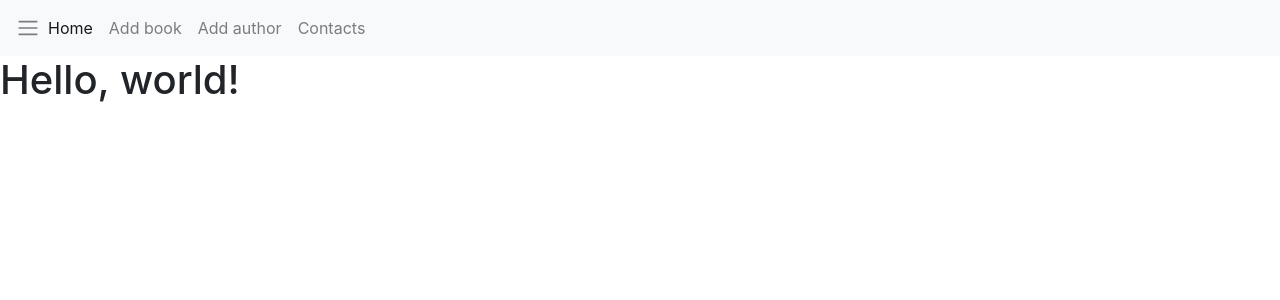
Repository: Aleksus81/Task1
Page: http://localhost/
The author's editor kept a record of every edit. The page is drawn from the files as they stood at one moment, then again after the next edit.
The browser window is 1280 px wide. The pictures show the whole page.
The page is run by PHP 8.4 with error messages shown; the project is at /var/www/html/.

Above is the page before.

### index.php
<!DOCTYPE HTML>
<html>
 <head>
  <title>Task1</title>
  <meta charset="utf-8">
  <link rel="stylesheet" href="https://stackpath.bootstrapcdn.com/bootstrap/4.3.1/css/bootstrap.min.css" integrity="sha384-ggOyR0iXCbMQv3Xipma34MD+dH/1fQ784/j6cY/iJTQUOhcWr7x9JvoRxT2MZw1T" crossorigin="anonymous">

 </head>
 <body>

  <nav class="navbar navbar-expand-lg navbar-light bg-light">
    <span class="navbar-toggler-icon"></span>
  </button>
  <div class="collapse navbar-collapse" id="navbarNavAltMarkup">
    <div class="navbar-nav">
      <a class="nav-item nav-link active" href="https://drive.google.com/open?id=1oqOYs9y3zEdaOk6eTss3ztXQvVp_k07R">Home</a>
      <a class="nav-item nav-link" href="#">Add book</a>
      <a class="nav-item nav-link" href="#">Add author</a>
      <a class="nav-item nav-link" href="#">Contacts</a>
    </div>
  </div>
</nav>
<script src="https://code.jquery.com/jquery-3.3.1.slim.min.js" integrity="sha384-q8i/X+965DzO0rT7abK41JStQIAqVgRVzpbzo5smXKp4YfRvH+8abtTE1Pi6jizo" crossorigin="anonymous"></script>
<script src="https://cdnjs.cloudflare.com/ajax/libs/popper.js/1.14.7/umd/popper.min.js" integrity="sha384-UO2eT0CpHqdSJQ6hJty5KVphtPhzWj9WO1clHTMGa3JDZwrnQq4sF86dIHNDz0W1" crossorigin="anonymous"></script>
<script src="https://stackpath.bootstrapcdn.com/bootstrap/4.3.1/js/bootstrap.min.js" integrity="sha384-JjSmVgyd0p3pXB1rRibZUAYoIIy6OrQ6VrjIEaFf/nJGzIxFDsf4x0xIM+B07jRM" crossorigin="anonymous"></script>
 </body>
</html>
<!doctype html>
<html lang="en">
  <head>
    <!-- Required meta tags -->
    <meta charset="utf-8">
    <meta name="viewport" content="width=device-width, initial-scale=1, shrink-to-fit=no">

    <!-- Bootstrap CSS -->
    <link rel="stylesheet" href="https://stackpath.bootstrapcdn.com/bootstrap/4.3.1/css/bootstrap.min.css" integrity="sha384-ggOyR0iXCbMQv3Xipma34MD+dH/1fQ784/j6cY/iJTQUOhcWr7x9JvoRxT2MZw1T" crossorigin="anonymous">

    <title>Hello, world!</title>
  </head>
  <body>
    <h1>Hello, world!</h1>

    <!-- Optional JavaScript -->
    <!-- jQuery first, then Popper.js, then Bootstrap JS -->
    <script src="https://code.jquery.com/jquery-3.3.1.slim.min.js" integrity="sha384-q8i/X+965DzO0rT7abK41JStQIAqVgRVzpbzo5smXKp4YfRvH+8abtTE1Pi6jizo" crossorigin="anonymous"></script>
    <script src="https://cdnjs.cloudflare.com/ajax/libs/popper.js/1.14.7/umd/popper.min.js" integrity="sha384-UO2eT0CpHqdSJQ6hJty5KVphtPhzWj9WO1clHTMGa3JDZwrnQq4sF86dIHNDz0W1" crossorigin="anonymous"></script>
    <script src="https://stackpath.bootstrapcdn.com/bootstrap/4.3.1/js/bootstrap.min.js" integrity="sha384-JjSmVgyd0p3pXB1rRibZUAYoIIy6OrQ6VrjIEaFf/nJGzIxFDsf4x0xIM+B07jRM" crossorigin="anonymous"></script>
  </body>
</html>

After the next edit:
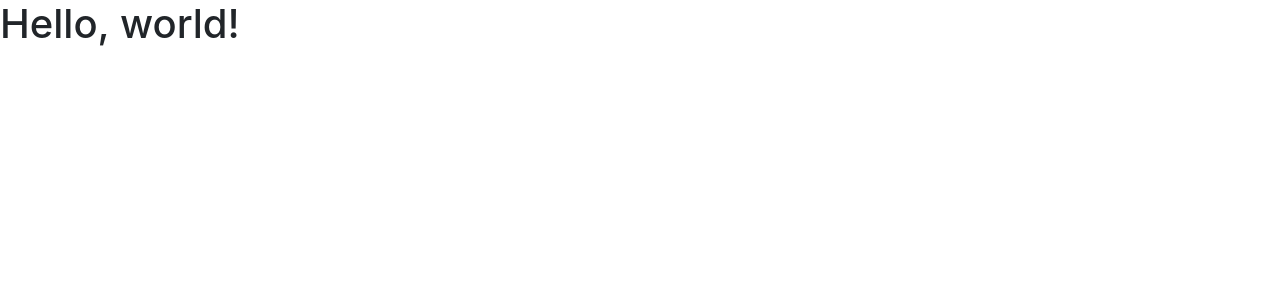
The edit:
--- a/index.php
+++ b/index.php
@@ -8,18 +8,7 @@
  </head>
  <body>
 
-  <nav class="navbar navbar-expand-lg navbar-light bg-light">
-    <span class="navbar-toggler-icon"></span>
-  </button>
-  <div class="collapse navbar-collapse" id="navbarNavAltMarkup">
-    <div class="navbar-nav">
-      <a class="nav-item nav-link active" href="https://drive.google.com/open?id=1oqOYs9y3zEdaOk6eTss3ztXQvVp_k07R">Home</a>
-      <a class="nav-item nav-link" href="#">Add book</a>
-      <a class="nav-item nav-link" href="#">Add author</a>
-      <a class="nav-item nav-link" href="#">Contacts</a>
-    </div>
-  </div>
-</nav>
+
 <script src="https://code.jquery.com/jquery-3.3.1.slim.min.js" integrity="sha384-q8i/X+965DzO0rT7abK41JStQIAqVgRVzpbzo5smXKp4YfRvH+8abtTE1Pi6jizo" crossorigin="anonymous"></script>
 <script src="https://cdnjs.cloudflare.com/ajax/libs/popper.js/1.14.7/umd/popper.min.js" integrity="sha384-UO2eT0CpHqdSJQ6hJty5KVphtPhzWj9WO1clHTMGa3JDZwrnQq4sF86dIHNDz0W1" crossorigin="anonymous"></script>
 <script src="https://stackpath.bootstrapcdn.com/bootstrap/4.3.1/js/bootstrap.min.js" integrity="sha384-JjSmVgyd0p3pXB1rRibZUAYoIIy6OrQ6VrjIEaFf/nJGzIxFDsf4x0xIM+B07jRM" crossorigin="anonymous"></script>
